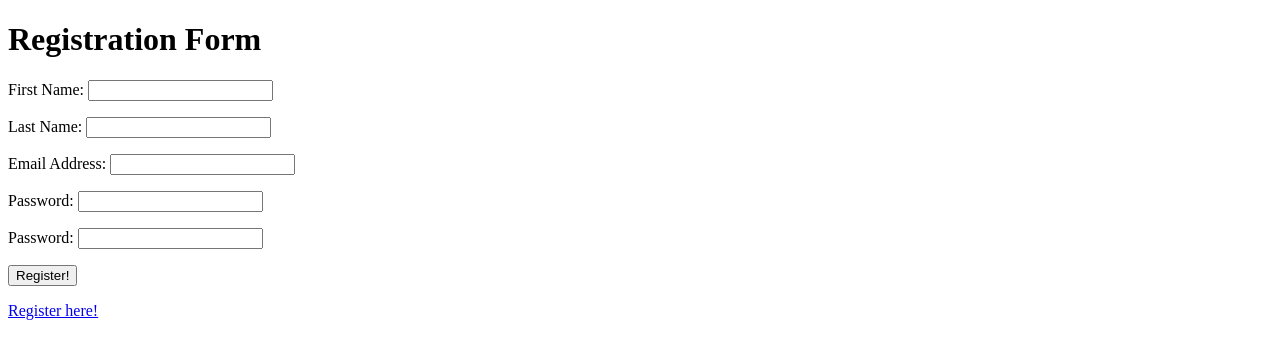
Repository: codieb1997/cosw30
Page: http://localhost/labwork/lab2/register.php
The author's editor kept a record of every edit. The page is drawn from the files as they stood at one moment, then again after the next edit.
The browser window is 1280 px wide. The pictures show the whole page.
The page is run by PHP 8.4 with error messages shown; the project is at /var/www/html/.

Above is the page before.

After the next edit:
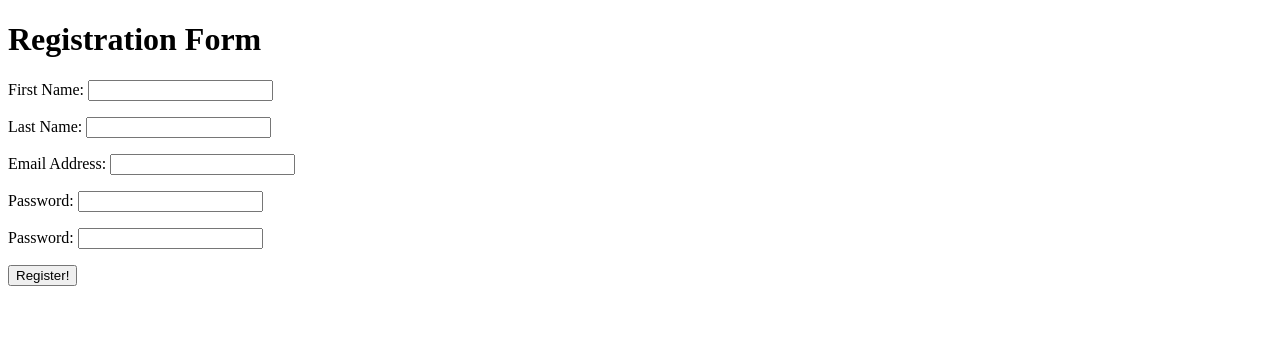
The edit:
--- a/labwork/lab2/register.php
+++ b/labwork/lab2/register.php
@@ -24,7 +24,7 @@
 
             <button>Register!</button>
 
-            <p><a href="register.php">Register here!</a></p>
+
         </form>
     </body>
 </html>
